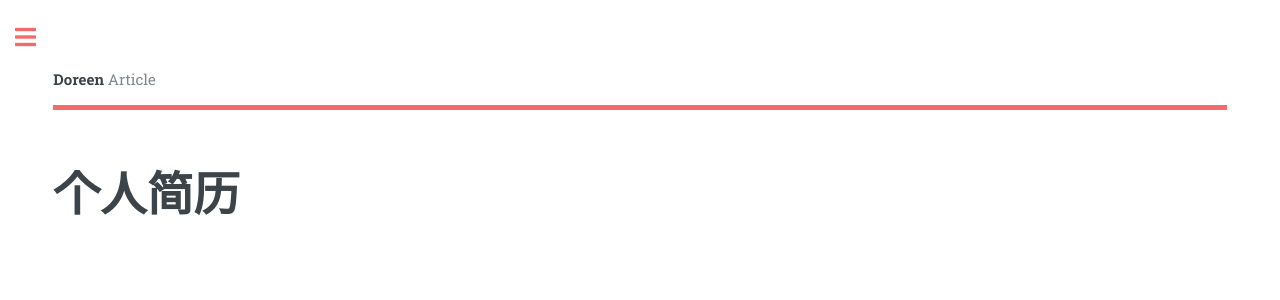
Repository: Hpz3859/Hpz3859.github.io
Page: MySQL_taobao.html
The author's editor kept a copy of each file at every save. The page is drawn from the files as they stood at one save, then again after the next save.
The browser window is 1280 px wide. The pictures show the whole page.

Above is the page before, as saved 2025-03-31 21:11:45.

After the next save:
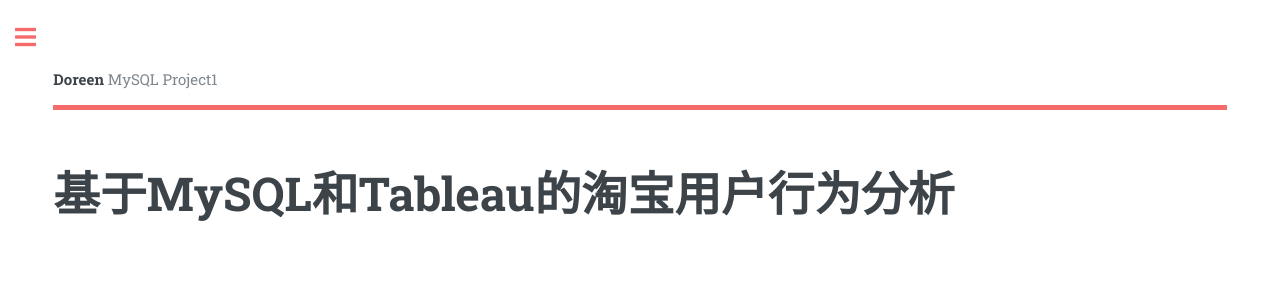
Saved 2 min 50 s later.
--- a/MySQL_taobao.html
+++ b/MySQL_taobao.html
@@ -6,7 +6,7 @@
 -->
 <html>
 	<head>
-		<title>Doreen resume</title>
+		<title>Doreen project1</title>
 		<meta charset="utf-8" />
 		<meta name="viewport" content="width=device-width, initial-scale=1, user-scalable=no" />
 		<link rel="stylesheet" href="assets/css/main.css" />
@@ -22,7 +22,7 @@
 
 							<!-- Header -->
 								<header id="header">
-									<a href="index.html" class="logo"><strong>Doreen</strong> Article</a>
+									<a href="MySQL_taobao.html" class="logo"><strong>Doreen</strong> MySQL Project1</a>
 									<!--
 									<ul class="icons">
 										<li><a href="#" class="icon brands fa-twitter"><span class="label">Twitter</span></a></li>
@@ -37,7 +37,7 @@
 							<!-- Content -->
 								<section>
 									<header class="main">
-										<h1>个人简历</h1>
+										<h1>基于MySQL和Tableau的淘宝用户行为分析</h1>
 									</header>
 
 
